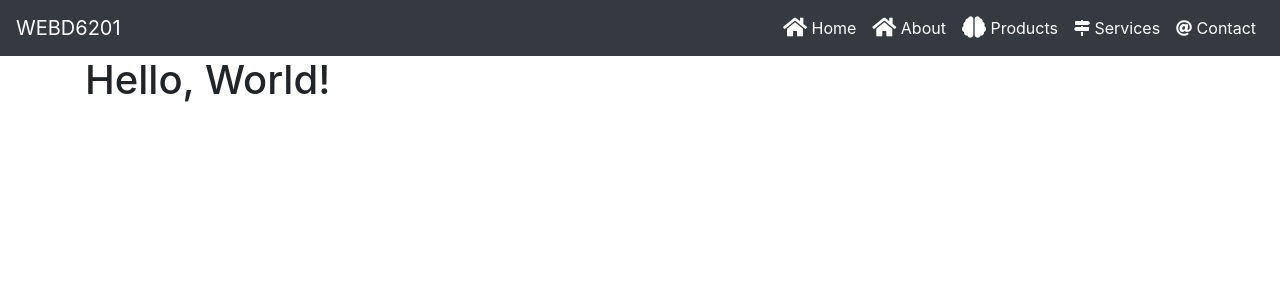
Repository: deividwsantoss/WEBD6201-W2021-Week1-lab1
Page: index.html
These files come from the project's save history. The page is drawn as it stood at one moment and after the next save; the edit follows.
The browser window is 1280 px wide. The pictures show the whole page.

Above is the page before, as saved 2021-02-01 20:33:39.

After the next save:
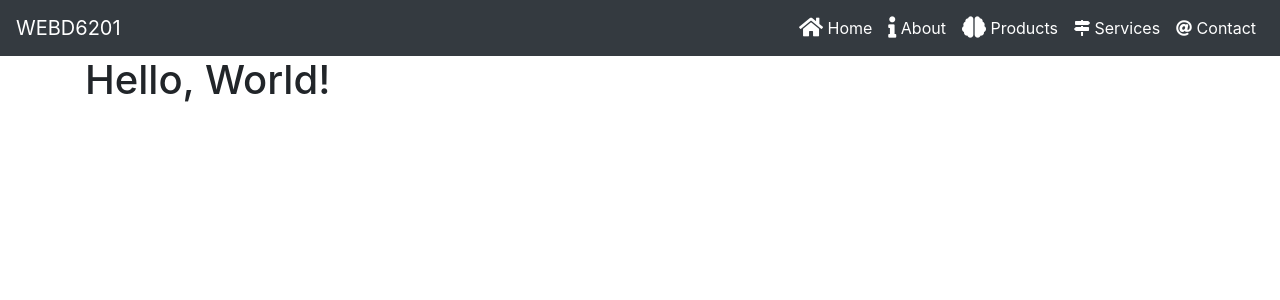
Saved 29 s later.
--- a/index.html
+++ b/index.html
@@ -23,7 +23,7 @@
             </li>
 
             <li class="nav-item ">
-                <a class="nav-link active" href="#"><i class="fas fa-home fa-lg"></i> About  <span class="sr-only">(current)</span></a>
+                <a class="nav-link active" href="#"><i class="fas fa-info fa-lg"></i> About  <span class="sr-only">(current)</span></a>
             </li>
             <li class="nav-item ">
                 <a class="nav-link active" href="#"><i class="fas fa-brain fa-lg"></i> Products  <span class="sr-only">(current)</span></a>
